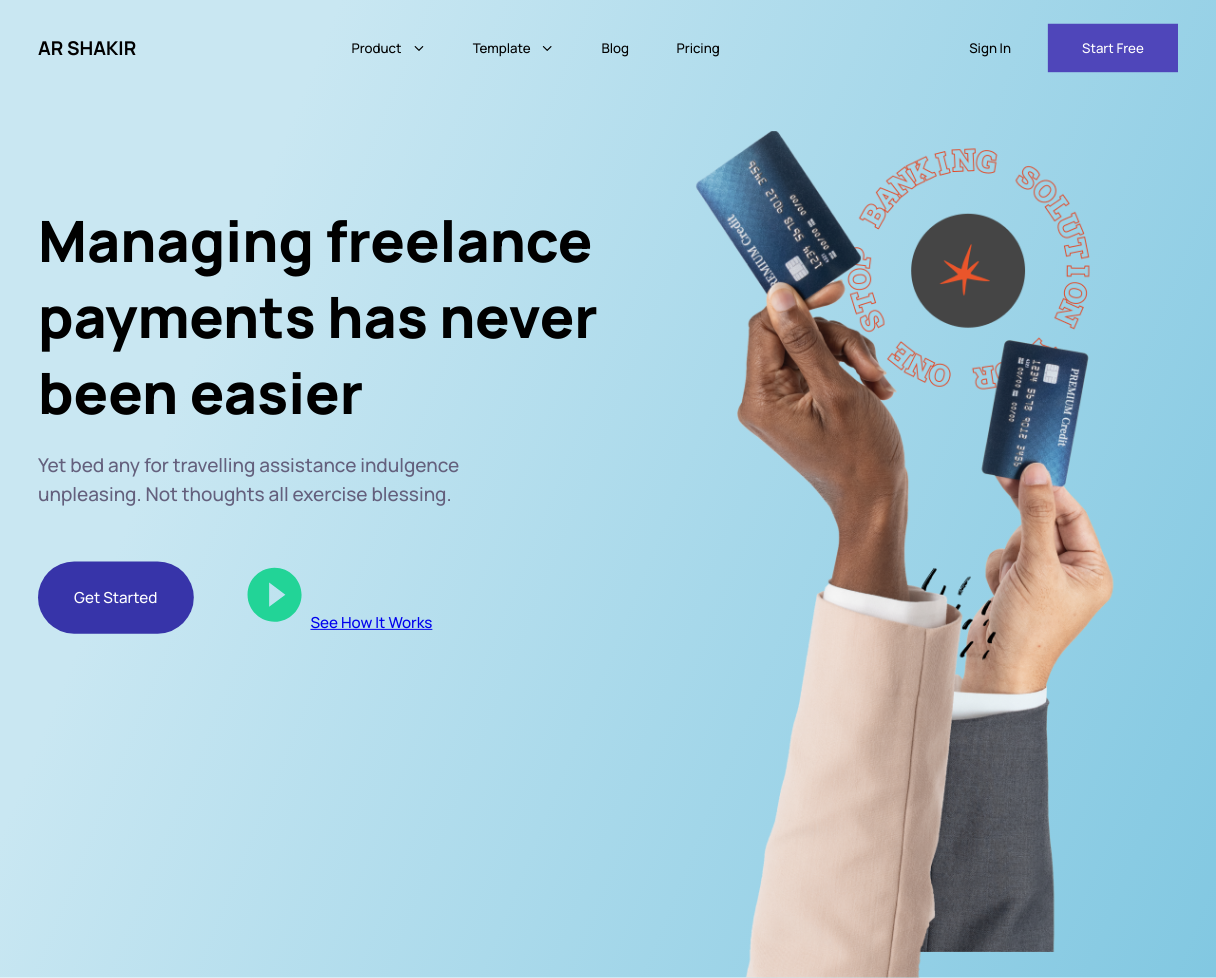
Repository: duongdori/ARShakir
Page: index.html
These files come from the project's save history. The page is drawn as it stood at one moment and after the next save; the edit follows.
The browser window is 1280 px wide. The pictures show the whole page, at 95% of full size.

Above is the page before, as saved 2022-04-02 16:43:37.

### index.html
<!DOCTYPE html>
<html lang="en">
<head>
    <meta charset="UTF-8">
    <meta http-equiv="X-UA-Compatible" content="IE=edge">
    <meta name="viewport" content="width=device-width, initial-scale=1.0">
    <title>AR SHAKIR</title>
    <link rel="preconnect" href="https://fonts.googleapis.com">
    <link rel="preconnect" href="https://fonts.gstatic.com" crossorigin>
    <link href="https://fonts.googleapis.com/css2?family=Manrope:wght@400;500;600;700;800&display=swap" rel="stylesheet">

    <link rel="stylesheet" href="./assets/css/main.css">
</head>
<body>
    <div class="wrapper">
        <header class="header">
            <div class="header-top">
                <div class="container">
                    <div class="header-logo">AR Shakir</div>
                    <ul class="header-menu">
                        <li class="header-menu-item">
                            <a href="#" class="header-menu-item-link">Product</a>
                            <a href="#" class="header-menu-item-icon">
                                <ion-icon name="ios-arrow-down"></ion-icon>
                            </a>
                        </li>
                        <li class="header-menu-item">
                            <a href="#" class="header-menu-item-link">Template</a>
                            <a href="#" class="header-menu-item-icon">
                                <ion-icon name="ios-arrow-down"></ion-icon>
                            </a>
                        </li>
                        <li class="header-menu-item">
                            <a href="#" class="header-menu-item-link">Blog</a>
                        </li>
                        <li class="header-menu-item">
                            <a href="#" class="header-menu-item-link">Pricing</a>
                        </li>
                    </ul>
                    <div class="header-login">
                        <a href="#" class="header-login-signin">Sign In</a>
                        <a href="#" class="header-login-startfree">Start Free</a>
                    </div>
                </div>
            </div>
            <div class="container">
                <div class="header-main">
                    <div class="header-content">
                        <h1 class="header-content-heading">
                            Managing freelance payments has never been easier
                        </h1>
                        <p class="header-content-desc">
                            Yet bed any for travelling assistance indulgence unpleasing. Not thoughts all exercise blessing.
                        </p>
                        <div class="header-content-btn">
                            <button class="header-content-getstarted_btn">Get Started</button>
                            <div class="header-content-see_btn">
                                <ion-icon name="play-circle" class="header-content-see_btn-icon" ></ion-icon>
                                <a href="#" class="header-content-see_btn-link">See How It Works</a>
                            </div>
                        </div>
                    </div>
                    <img srcset="./assets/images/img1.png 2x" class="header-img" alt="">
                </div>
            </div>
        </header>
    </div>
</body>
<script  src = "https://unpkg.com/ionicons@4.5.10-0/dist/ionicons.js" > </script >
</html>

### assets/css/main.css
*, *::before, *::after {
  box-sizing: border-box;
}
* {
  margin: 0;
}

html, body {
  height: 100%;
}
body {
  line-height: 1.5;
  -webkit-font-smoothing: antialiased;
  -webkit-tap-highlight-color: rgba(0,0,0,0);
}

img, picture, video, canvas, svg {
  display: block;
  max-width: 100%;
}
input, button, textarea, select {
  font: inherit;
  outline: none;
  border: none;
}
p, h1, h2, h3, h4, h5, h6 {
  overflow-wrap: break-word;
}

:root {
    --primary-font: "Manrope";
    --primary-text-color: #000;
}
body {
    font-family: var(--primary-font);
    font-weight: 500;
}

.wrapper {
    max-width: 1440px;
    margin: 0 auto;
}

.container {
    max-width: 1200px;
    margin: 0 auto;
}

.header{
    background: linear-gradient(292.12deg, #62BADA -35.02%, #C9E7F2 78.96%);
}

.header-top{
    padding-top: 38px;
}

.header-top .container {
    display:flex;
    justify-content: space-between;
    align-items: center;
}

.header-logo{
    font-weight: 700;
    font-size: 20px;
    line-height: calc(25 / 20);
    text-transform: uppercase;
    color: var(--primary-text-color);
}

.header-menu{
    display:flex;
    align-items: center;
    list-style: none;
    font-weight: 500;
    font-size: 14px;
    line-height: calc(19 / 14);
    padding: 0;
    margin-left: -50px;

}

.header-menu-item{
    margin-left: 50px;
}

.header-menu-item-link{
    color: var(--primary-text-color);
    text-decoration: none;

}

.header-menu-item-icon {
    color: var(--primary-text-color);
    margin-left: 8px;
    display: inline;
    top: 2px;
    position: relative;
}

.header-login{
    font-size: 14px;
    line-height: calc(19 / 14);
}

.header-login-signin{
    color: var(--primary-text-color);
    text-decoration: none;
    padding: 16px 36px;

}

.header-login-startfree{
    color: #fff;
    text-decoration: none;
    background-color: #4F46BA;
    padding: 16px 36px;

}


.header-main {
    display: flex;
    justify-content: space-between;
}

.header-content {
    max-width: 646px;
    width: 100%;
    margin-top: 150px;
    flex-shrink: 0;
}

.header-content-heading {
    font-size: 60px;
    font-weight: 800;
    line-height: calc(80 / 60);
    color: var(--primary-text-color);
}

.header-content-desc {
    max-width: 510px;
    width: 100%;
    margin-top: 22px;
    font-size: 20px;
    line-height: calc(30 / 20);
    color: #64607D;
}

.header-content-btn{
    display: flex;
    margin-top: 56px;
}

.header-content-getstarted_btn{
    color: #fff;
    font-size: 16px;
    padding: 15px 38px;
    background-color: #3734A9;
    margin-right: 50px;
    border-radius: 47px;
}

.header-content-see_btn{

}

.header-content-see_btn-icon {
    color: #22D497;
    width: 70px;
    height: 70px;
}

.header-content-see_btn-link{

}

After the next save:
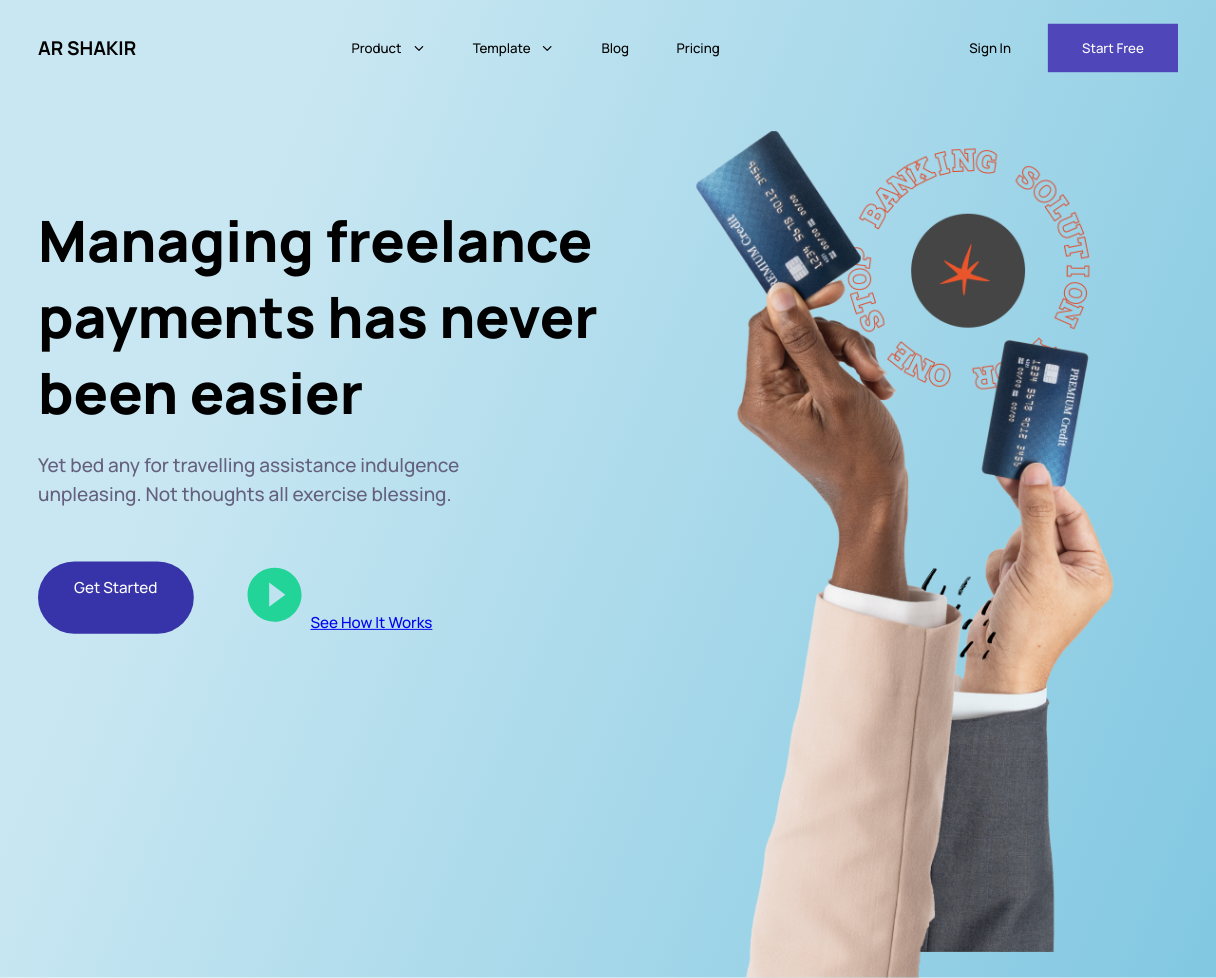
Saved 3 min 59 s later.
--- a/index.html
+++ b/index.html
@@ -53,7 +53,7 @@
                             Yet bed any for travelling assistance indulgence unpleasing. Not thoughts all exercise blessing.
                         </p>
                         <div class="header-content-btn">
-                            <button class="header-content-getstarted_btn">Get Started</button>
+                            <a class="header-content-getstarted_btn">Get Started</a>
                             <div class="header-content-see_btn">
                                 <ion-icon name="play-circle" class="header-content-see_btn-icon" ></ion-icon>
                                 <a href="#" class="header-content-see_btn-link">See How It Works</a>
